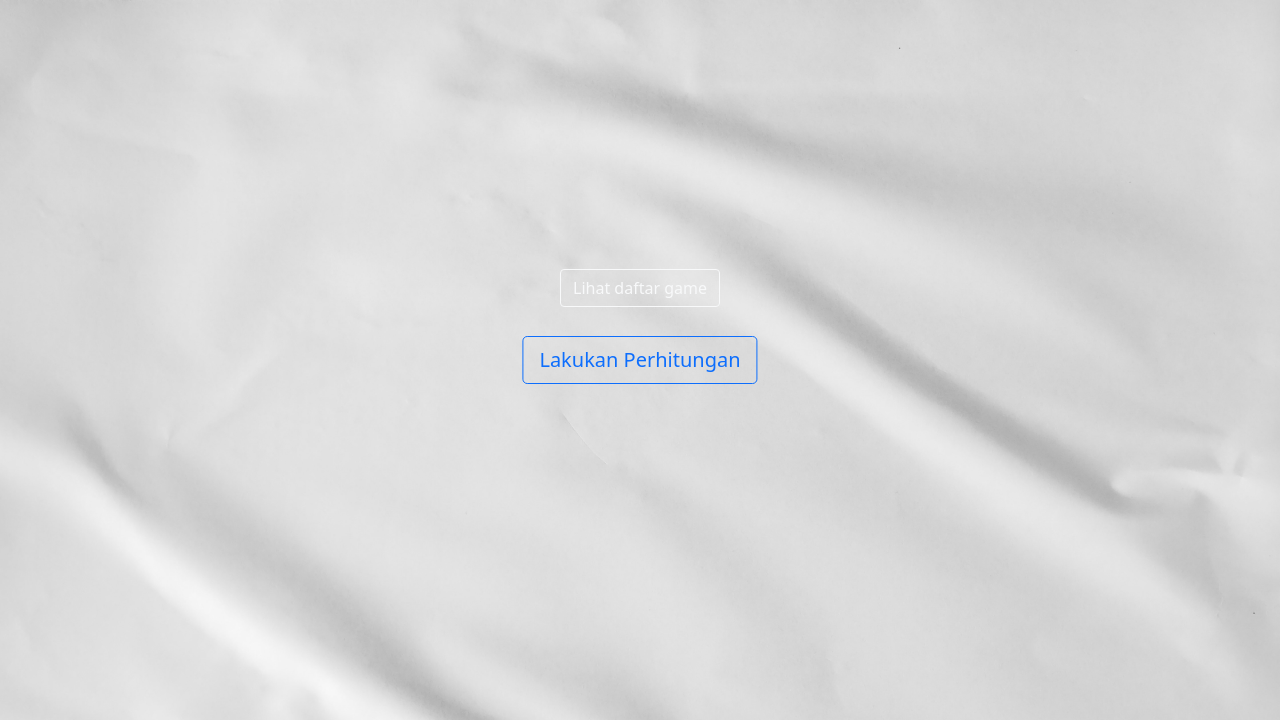
Repository: aqordeon/SPKWP
Page: http://localhost/
An editor plug-in stored every save of this project. The page is shown before and after a run of saves, followed by the edit.
The browser window is 1280 px wide. The pictures show the whole page.
The page is run by PHP 8.4 with error messages shown; the project is at /var/www/html/.

Above is the page before, as saved 2021-01-11 01:57:05.

### index.php
<?php
    session_start();
    session_unset();
?>

<!DOCTYPE html>
<html lang="en">
<head>
    <meta charset="UTF-8">
    <meta name="viewport" content="width=device-width, initial-scale=1.0">
    <title>Document</title>

    <link rel="stylesheet" href="css/bootstrap.css" type="text/css" />
    <style>
        body {
            background-image: url("images/whitepaper.jpg");
            background-color: #cccccc;
            background-size: cover;
        }
        a {
            margin: 0;
            position: absolute;
            top: 50%;
            left: 50%;
            -ms-transform: translate(-50%, -50%);
            transform: translate(-50%, -50%);
        }
    </style>
</head>
<body>
    <div class="container" style="">
            <a href="listgame.php" class="btn btn-outline-light" style="top: 40%;">Lihat daftar game</a>
            <a href="hitungKriteria.php" class="btn btn-outline-primary btn-lg" >Lakukan Perhitungan</a>
    </div>


    <script src="https://cdn.jsdelivr.net/npm/bootstrap@5.0.0-beta1/dist/js/bootstrap.bundle.min.js" integrity="sha384-ygbV9kiqUc6oa4msXn9868pTtWMgiQaeYH7/t7LECLbyPA2x65Kgf80OJFdroafW" crossorigin="anonymous"></script>
</body>
</html>

Loaded but not shown: css/bootstrap.css (library)

After the next 2 saves:
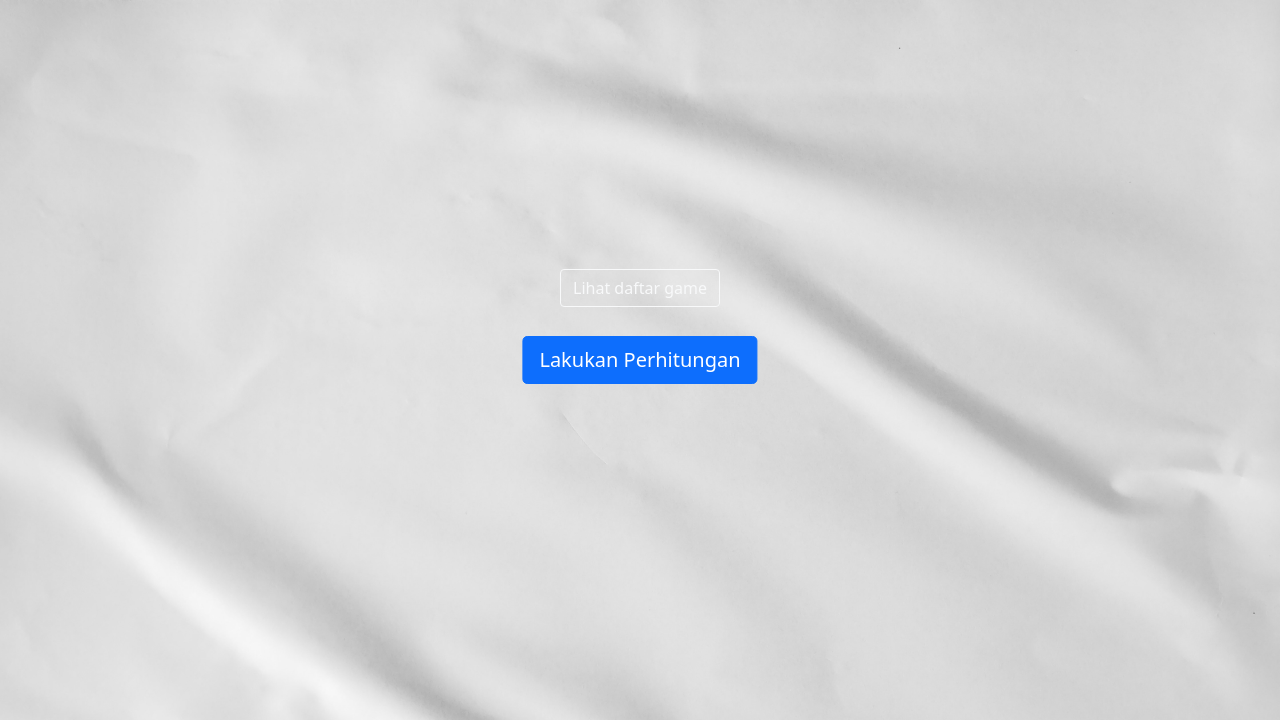
The 2 saves are shown as one change because they came seconds apart.
The last was saved 6 s later.
--- a/index.php
+++ b/index.php
@@ -30,7 +30,7 @@
 <body>
     <div class="container" style="">
             <a href="listgame.php" class="btn btn-outline-light" style="top: 40%;">Lihat daftar game</a>
-            <a href="hitungKriteria.php" class="btn btn-outline-primary btn-lg" >Lakukan Perhitungan</a>
+            <a href="hitungKriteria.php" class="btn btn-primary btn-lg" >Lakukan Perhitungan</a>
     </div>
 
 
